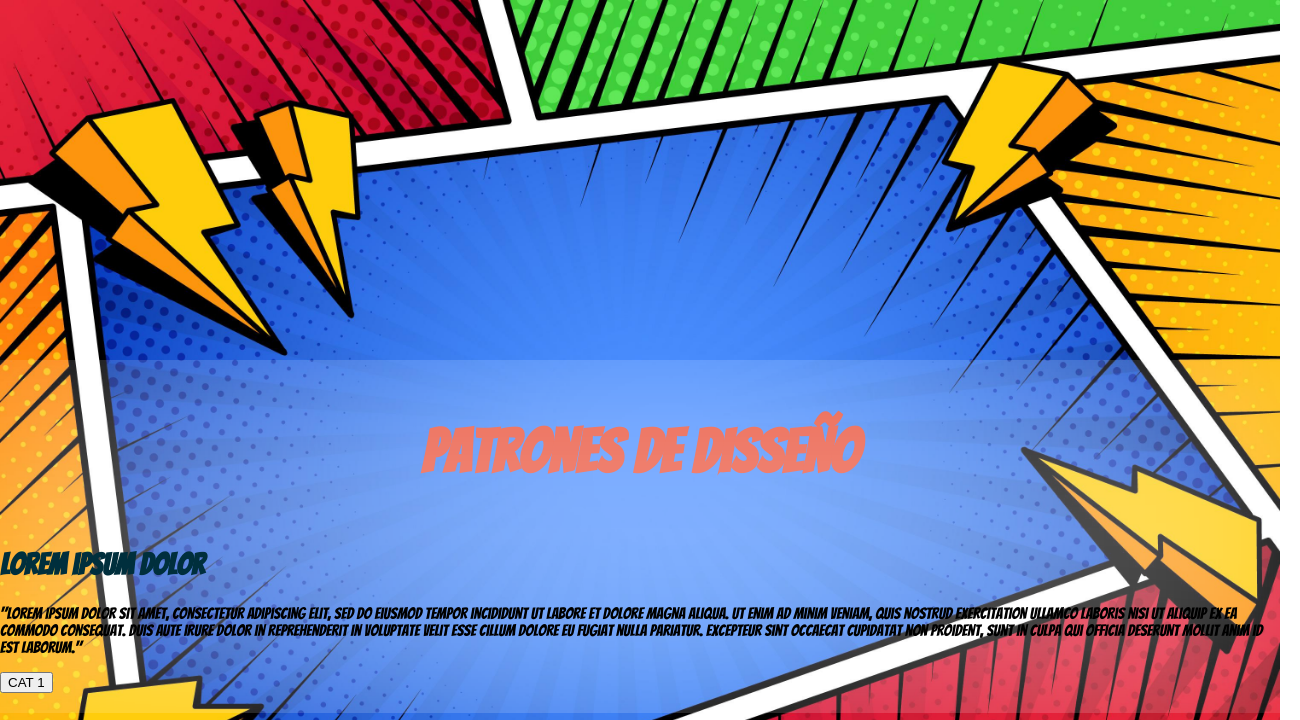
Repository: nrsWebs/design-pattern-es
Page: index.html
These files come from the project's save history. The page is drawn as it stood at one moment and after the next save; the edit follows.
The browser window is 1280 px wide. The page is 1300 px wide, so the pictures cover 1300 px, including what lies to the right of the window. The pictures show the whole page.

Above is the page before, as saved 2021-02-06 19:49:13.

After the next save:
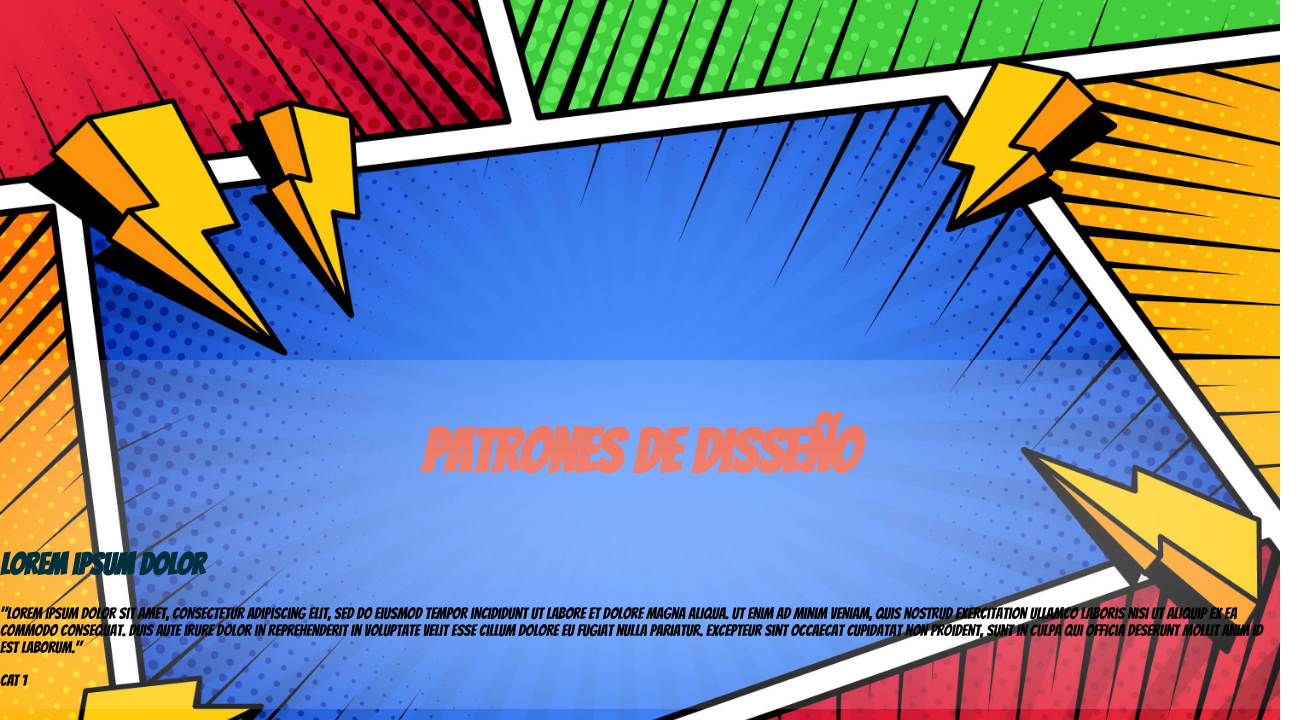
Saved 22 s later.
--- a/index.html
+++ b/index.html
@@ -13,7 +13,7 @@
             <div class="information">
                 <h2>Lorem ipsum dolor</h2>
                 <p>"Lorem ipsum dolor sit amet, consectetur adipiscing elit, sed do eiusmod tempor incididunt ut labore et dolore magna aliqua. Ut enim ad minim veniam, quis nostrud exercitation ullamco laboris nisi ut aliquip ex ea commodo consequat. Duis aute irure dolor in reprehenderit in voluptate velit esse cillum dolore eu fugiat nulla pariatur. Excepteur sint occaecat cupidatat non proident, sunt in culpa qui officia deserunt mollit anim id est laborum."</p>
-                <button class="linker" data-link="cat-1">CAT 1</button>
+                <div class="button linker" data-link="cat-1">CAT 1</div>
             </div>
         </div>
         <div id="cat-1" class="box no-opacity hidden-container">
@@ -22,7 +22,7 @@
             <div class="information">
                 <h2>Lorem ipsum dolor</h2>
                 <p>"Lorem ipsum dolor sit amet, consectetur adipiscing elit, sed do eiusmod tempor incididunt ut labore et dolore magna aliqua. Ut enim ad minim veniam, quis nostrud exercitation ullamco laboris nisi ut aliquip ex ea commodo consequat. Duis aute irure dolor in reprehenderit in voluptate velit esse cillum dolore eu fugiat nulla pariatur. Excepteur sint occaecat cupidatat non proident, sunt in culpa qui officia deserunt mollit anim id est laborum."</p>
-                <button class="linker" data-link="general">HOME</button>
+                <div class="button linker" data-link="general">HOME</div>
             </div>
         </div>
     </div>
